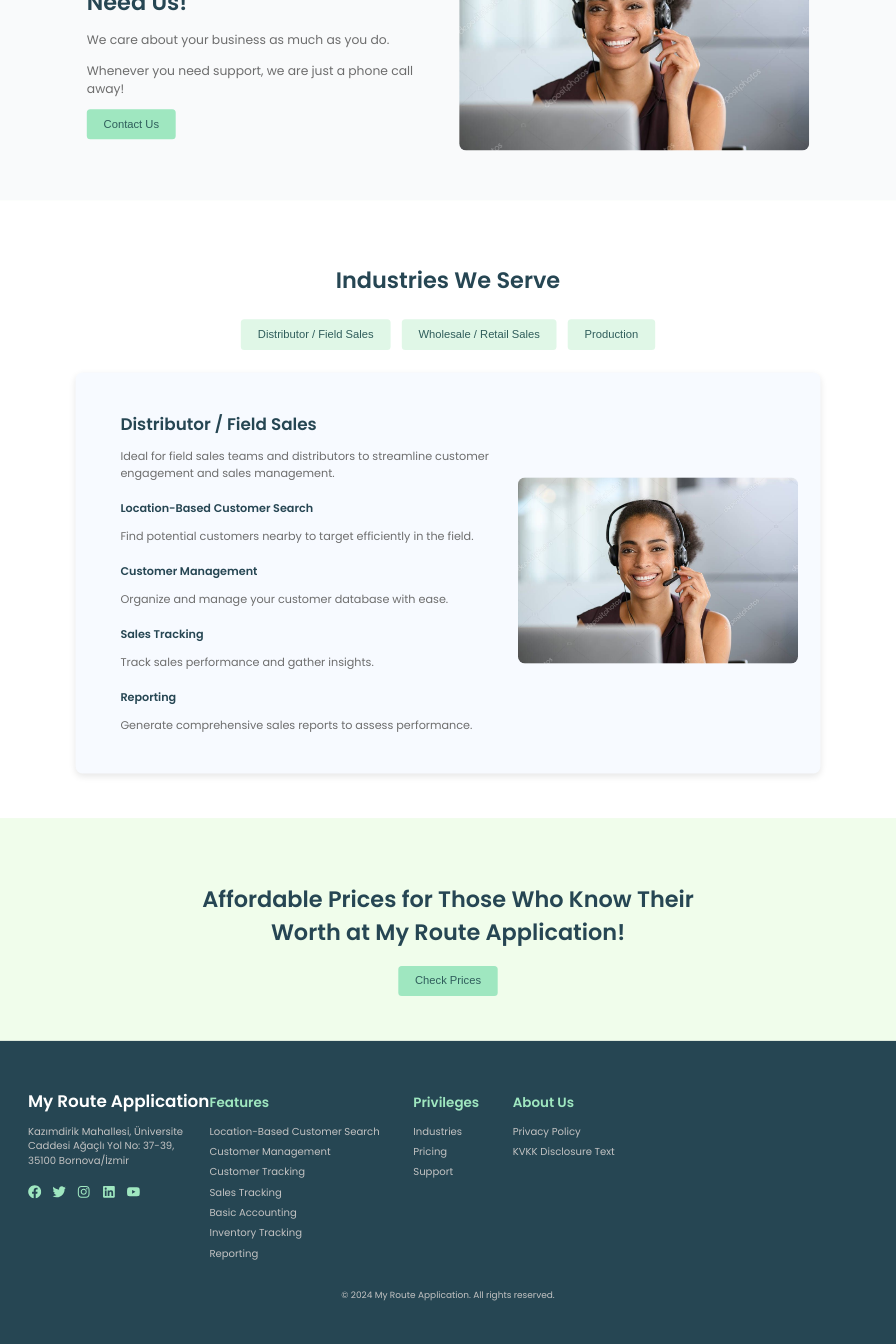
Repository: senolinanyasar/myrouteapplication
Page: /pricing
The author's editor kept a copy of each file at every save. The page is drawn from the files as they stood at one save, then again after the next save.
The browser window is 1280 px wide. The pictures show the part of the page from y = 2360 to 4280 px (the page is 4280 px tall), at 70% of full size.
The project was rebuilt for these pictures with package versions that can differ from the ones it lists, and the page was loaded fresh each time. Also part of the build but not shown: vite.config.js.

Above is the page before, as saved 2024-11-15 17:59:45.

### src/index.css
@import url('https://fonts.googleapis.com/css2?family=Poppins:wght@400;600&display=swap');

body {
  font-family: 'Poppins', sans-serif;
  color: #264653;
  background-color: #f1faee;
  margin: 0;
  padding: 0;
  box-sizing: border-box;
}

code {
  font-family: source-code-pro, Menlo, Monaco, Consolas, 'Courier New',
    monospace;
}

### src/App.js
import React from 'react';
import HomePage from './components/HomePage';

function App() {
  return (
    <div className="App">
      <HomePage/>
    </div>
  );
}

export default App;

### src/components/HomePage.js
// HomePage.js
import React from 'react';
import TopBar from './TopBar';
import Header from './Header';
import HeroSection from './HeroSection';
import FeaturesSection from './FeaturesSection';
import PricingSection from './PricingSection';
import SupportSection from './SupportSection';
import IndustriesTab from './IndustriesTab';
import Footer from './Footer';

const HomePage = () => {
    return (
        <div>
            <TopBar />
            <Header />
            <HeroSection />
            <FeaturesSection />
            <SupportSection />
            <IndustriesTab />
            <PricingSection />
            <Footer />
        </div>
    );
};

export default HomePage;

### src/components/TopBar.js
// TopBar.js
import React from 'react';
import './TopBar.css';

const TopBar = () => {
    return (
        <div className="top-bar">
            <div className="top-bar-content">
                <span>Help</span>
                <span>0232 323 3223</span>
                <a href="#contact">Contact</a>
            </div>
        </div>
    );
};

export default TopBar;

### src/components/Header.js
// Header.js
import React from 'react';
import './Header.css';

const Header = () => {
    return(
        <header className="header">
            <div className="header-logo">logo</div>
            <nav className="header-nav">
                <a href="#features">Features</a>
                <a href="#industries">Industries</a>
                <a href="#pricing">Price</a>
                <a href="#about">About Us</a>
                <a href='#contact'>Contact</a>
            </nav>
            <div className="header-buttons">
                <button className="login-button">Sing in</button>
                <button className="register-button">Sing Up</button>
            </div>
        </header>
    );
};


export default Header;

### src/components/HeroSection.js
// HeroSection.js
import React from 'react';
import './HeroSection.css';
import herosectionimage from '../images/hero1.webp';

const HeroSection = () =>{
    return(
        <section className="hero">
            <div className='hero-content'>
                <div className='hero-text'>
                    <h2>Customer Finding and Account Management Application Coming from the Heart of Commerce</h2>
                    <p>Increase your sales by finding your customers quickly.</p>
                    <button className='cta-button'>Let's Get it</button>
                </div>
                <div className='hero-image'>
                    <img src={herosectionimage} alt="Hero"/>
                </div>
            </div>
        </section>
    );
};

export default HeroSection;

### src/components/FeaturesSection.js
// FeaturesSection.js
import React from 'react';
import './FeaturesSection.css';
import locationImage from '../images/location.jpg';

const FeaturesSection = () => {
    return (
        <section className="features-section">
            <h2 className='features-title'>Everything You Need <br /> in One Application</h2>
            <div className='feature'>
                <div className='feature-text'>
                    <h3>Finding customers is now very easy!</h3>
                    <p>Expand your market by quickly finding customers in the sector you sell to with our location finder plugin</p>

                <button className='cta-button'>Detail</button>
            </div>
            <div className='feature-image'>
            <img src={locationImage} alt="Location Feature" />
            </div>
            </div>

            <div className='feature'>
                <div className='feature-text'>
                    <h3>Finding customers is now very easy!</h3>
                    <p>Expand your market by quickly finding customers in the sector you sell to with our location finder plugin</p>

                <button className='cta-button'>Detail</button>
            </div>
            <div className='feature-image'>
            <img src={locationImage} alt="Location Feature" />
            </div>
            </div>
            <div className='feature'>
                <div className='feature-text'>
                    <h3>Finding customers is now very easy!</h3>
                    <p>Expand your market by quickly finding customers in the sector you sell to with our location finder plugin</p>

                <button className='cta-button'>Detail</button>
            </div>
            <div className='feature-image'>
            <img src={locationImage} alt="Location Feature" />
            </div>
            </div>
            <div className='feature'>
                <div className='feature-text'>
                    <h3>Finding customers is now very easy!</h3>
                    <p>Expand your market by quickly finding customers in the sector you sell to with our location finder plugin</p>

                <button className='cta-button'>Detail</button>
            </div>
            <div className='feature-image'>
            <img src={locationImage} alt="Location Feature" />
            </div>
            </div>
        </section>
    );
};

export default FeaturesSection;

### src/components/PricingSection.js
// PricingSection.js
import React from "react";
import './PricingSection.css';

const PricingSection = () => {
    return (
        <section className="pricin-section">
          <div className="price-content">
          <h2>Affordable Prices for Those Who Know Their Worth at My Route Application!</h2>
          <button className="cta-button">Check Prices</button>
          </div>
      </section>
    );
};

export default PricingSection;

### src/components/SupportSection.js
//SupportSection.js
import React from "react";
import './SupportSection.css';
import supportImage from '../images/supportimage.jpg';


const SupportSection = () =>{
    return (
        <section className="support-section">
            <div className="support-content">
                <div className="support-text">
                <h2>We're Here for You When You Need Us!</h2>
          <p>We care about your business as much as you do.</p>
          <p>Whenever you need support, we are just a phone call away!</p>
          <button className="cta-button">Contact Us</button>
                </div>
                <div className="support-image">
                <img src={supportImage} alt="Support Team" />
                </div>
            </div>
        </section>
    );
};

export default SupportSection;

### src/components/IndustriesTab.js
// IndustriesTab.js
import React, { useState } from "react";
import './IndustriesTab.css';
import distributorImage from '../images/supportimage.jpg'
import wholesaleImage from '../images/supportimage.jpg'
import productionImage from '../images/supportimage.jpg'




const industriesContent = {
    distributorFieldSales: {
        title: "Distributor / Field Sales",
        description: "Ideal for field sales teams and distributors to streamline customer engagement and sales management.",
        image: distributorImage,
        features: [
            { title: "Location-Based Customer Search", text: "Find potential customers nearby to target efficiently in the field." },
            { title: "Customer Management", text: "Organize and manage your customer database with ease." },
            { title: "Sales Tracking", text: "Track sales performance and gather insights." },
            { title: "Reporting", text: "Generate comprehensive sales reports to assess performance." }
        ]
    },
    wholesaleRetail: {
        title: "Wholesale / Retail Sales",
        description: "Designed for wholesale and retail businesses to manage inventory and customer interactions seamlessly.",
        image: wholesaleImage,
        features: [
            { title: "Customer Management", text: "Maintain customer profiles and track interactions." },
            { title: "Inventory Tracking", text: "Keep accurate inventory records and prevent stock issues." },
            { title: "Sales Tracking", text: "Monitor sales across retail and wholesale channels." },
            { title: "Basic Accounting", text: "Manage finances and transactions for better accounting." },
            { title: "Reporting", text: "Generate sales and stock reports to optimize operations." }
        ]

    },
    production: {
        title: "Production",
        description: "Perfect for manufacturing businesses to manage stock and production-related customer needs.",
        image: productionImage,
        features: [
            { title: "Inventory Tracking", text: "Track raw materials and finished goods efficiently." },
            { title: "Customer Management", text: "Organize customer details for efficient order processing." },
            { title: "Basic Accounting", text: "Handle finances and basic bookkeeping." },
            { title: "Reporting", text: "Generate production and sales reports for operational insights." }
        ]
    }
};


const IndustriesTab = () => {
    const [activeTab, setActiveTab] = useState("distributorFieldSales");
    const handleTabChange = (tab) => {
        setActiveTab(tab);
    };

    const { title, description, image, features } = industriesContent[activeTab];
    return (
        <section className="industries-tab">
            <h2 className="tabs-title">Industries We Serve</h2>
            <div className="tabs-buttons">
                <button onClick={() => handleTabChange("distributorFieldSales")}>Distributor / Field Sales</button>
                <button onClick={() => handleTabChange("wholesaleRetail")}>Wholesale / Retail Sales</button>
                <button onClick={() => handleTabChange("production")}>Production</button>
            </div>
            <div className="tabs-content">
                <div className="tabs-text">
                    <h3>{title}</h3>
                    <p>{description}</p>
                    {features.map((feature,index)=> (
                        <div key={index} className="tabs-feature">
                            <strong>{feature.title}</strong>
                            <p>{feature.text}</p>
                            </div>
                    ))}
                </div>
                <div className="tabs-image">
                    <img src={image} alt={title}/>
                </div>
            </div>
        </section>
    );
};

export default IndustriesTab;

### src/components/Footer.js
// Footer.js

import React from 'react';
import './Footer.css';
import { FaFacebook, FaInstagram, FaLinkedin, FaTwitter, FaYoutube } from 'react-icons/fa';

const Footer = () => {
    return (
        <footer className="footer">
            <div className='footer-content'>
                <div className='footer-left'>
                    <div className='footer-logo'>
                        <h2>My Route Application</h2>
                    </div>
                    <p>Kazımdirik Mahallesi, Üniversite <br />Caddesi Ağaçlı Yol No: 37-39, <br />35100 Bornova/İzmir</p>
                    <div className='social-icons'>
                        <FaFacebook />
                        <FaTwitter />
                        <FaInstagram />
                        <FaLinkedin />
                        <FaYoutube />
                    </div>
                </div>
                <br/><br/><br/><br/><br/>
                <div className="footer-right">
                    <div className='footer-section'>
                        <h4>Features</h4>
                        <ul>
                            <li>Location-Based Customer Search</li>
                            <li>Customer Management</li>
                            <li>Customer Tracking</li>
                            <li>Sales Tracking</li>
                            <li>Basic Accounting</li>
                            <li>Inventory Tracking</li>
                            <li>Reporting</li>
                        </ul>
                    </div>

                    <div className="footer-section">
                        <h4>Privileges</h4>
                        <ul>
                            <li>Industries</li>
                            <li>Pricing</li>
                            <li>Support</li>
                        </ul>
                    </div>

                    <div className="footer-section">
                        <h4>About Us</h4>
                        <ul>
                            <li>Privacy Policy</li>
                            <li>KVKK Disclosure Text</li>
                        </ul>
                    </div>
                </div>
            </div>

            <div className="footer-bottom">
                <p>&copy; 2024 My Route Application. All rights reserved.</p>
            </div>
        </footer>
    );
};

export default Footer;

### src/components/TopBar.css
/* TopBar.css */

.top-bar {
    background-color: #2f5d5b;
    color: white;
    padding: 0.5rem;
    font-size: 0.9rem;
    display: flex;
    justify-content: center;
    position: fixed;
    top: 0;
    width: 99%;
    z-index: 1000;
}
.top-bar-content {
    display: flex;
    gap: 1rem;
    align-items: center;
    justify-content: flex-end;
    width: 100%;
}

.top-bar-content span{
    color: #ffffff;
}
.top-bar-content a{
    color: #9fe7c0;
    text-decoration: none;
    transition: color 0.3s;
}

.top-bar-content a:hover{
    color: #c3f2d0;
}

### src/components/Header.css
/* Header.css */
.header{
    display: flex;
    justify-content: space-between;
    align-items: center;
    padding: 1rem 2rem;
    background-color: #2f5d5b;
    color: white;
    margin-top: 2rem;
    position: sticky;
    top: 2rem;
    z-index: 999;
}


.header-logo {
    font-size: 1.5rem;
    font-weight: bold;
}
.header-nav a{
    margin: 0 1rem;
    color: white;
    text-decoration: none;
}
.header-nav a:hover {
    color: #e9c46a;
  }

.header-buttons button{
    margin-left: 1rem;
    padding: 0.5rem 1rem;
    border: none;
    border-radius: 5px;
}

.login-button{
    background-color: #2f5d5b;
    color: white;
}

.register-button{
    background-color: #9fe7c0;
    color: black;
}

### src/components/HeroSection.css
.hero {
    padding: 4rem 2rem;
    background-color: #2f5d5b;
    color: white;

}

.hero-content {
    display: flex;
    align-items: center;
    justify-content: space-between;
    max-width: 1000px;
    margin: 0 auto;
}

.hero-text {
    flex: 1;
    margin-right: 2rem;
}

.hero h2 {
    font-size: 2.5rem;
    margin-bottom: 1rem;

}

.hero p {
    font-size: 1.2rem;
    margin-bottom: 2rem;

}

.cta-button {
    padding: 0.8rem 1.5rem;
    font-size: 1rem;
    color: #2f5d5b;
    background-color: #9fe7c0;
    border: none;
    border-radius: 5px;
    cursor: pointer;
    transition: background-color 0.3s ease;
}

.cta-button:hover {
    background-color: #c3f2d0;
}

.hero-image {
    flex: 1;
    max-width: 500px;
    height: auto;

}

.hero-image img {
    width: 100%;
    height: auto;
    object-fit: cover;
    border-radius: 10px;
}

### src/components/FeaturesSection.css
/* FeaturesSection.css */
.features-section {
    padding: 4rem 2rem;
    text-align: center;
}

.features-title {
    font-size: 2rem;
    font-weight: 600;
    color: #264653;
    margin-bottom: 3rem;
    line-height: 1.2;
}



.feature {
    display: flex;
    align-items: center;
    justify-content: center;
    gap: 2rem;
    margin-bottom: 4rem;
    flex-direction: row;
}

.feature:nth-child(even) {
    flex-direction: row-reverse;
}

.feature-text {
    flex: 1;
    max-width: 500px;
    text-align: left;
}

.features h3 {
    font-size: 1.8rem;
    font-weight: 600;
    color: #264653;
    margin-bottom: 1rem;
}

.feature-text p {
    font-size: 1.1rem;
    color: #6d6d6d;
    margin-bottom: 1.5rem;
}

.cta-button {
    padding: 0.8rem 1.5rem;
    font-size: 1rem;
    color: #2f5d5b;
    background-color: #9fe7c0;
    border: none;
    border-radius: 5px;
    cursor: pointer;
    transition: background-color 0.3s ease;
    text-align: center;
}

.cta-button:hover {
    background-color: #c3f2d0;
}

.feature-image {
    flex: 1;
    max-width: 400px;
    height: auto;
}

.feature-image img {
    width: 100%;
    height: auto;
    object-fit: cover;
    border-radius: 10px;
}

### src/components/PricingSection.css
/* PricingSection.css */

.pricin-section{
    background-color: #f0fdeb;
    padding: 4rem 2rem;
    text-align: center;
}
.price-content{
    max-width: 800px;
    margin:  0 auto;
}

.price-content h2{
    font-size: 2rem;
    font-weight: 600;
    color: #264653;
    margin-bottom: 1.5rem;
}

.cta-button {
    padding: 0.8rem 1.5rem;
    font-size: 1rem;
    color: #2f5d5b;
    background-color: #9fe7c0;
    border: none;
    border-radius: 5px;
    cursor: pointer;
    transition: background-color 0.3s ease;
  }

  .cta-button:hover {
    background-color: #c3f2d0;
  }

### src/components/SupportSection.css
/*SupportSection.css */
.support-section{
    background-color: #f9fafb;
    padding: 4rem 2rem;
    display: flex;
    justify-content: center;
    align-items: center;
}

.support-content{
    display: flex;
    align-items: center;
    justify-content: space-between;
    max-width: 1200px;
    gap: 2rem;
}

.support-text{
    flex: 1;
    max-width: 500px;
    text-align: left;
}
.support-text h2{
    font-size: 2rem;
    color: #264653;
    margin-bottom: 1rem;
}

.support-text p {
    font-size: 1.1rem;
    color: #6d6d6d;
    margin-bottom: 1rem;
  }

  .cta-button {
    padding: 0.8rem 1.5rem;
    font-size: 1rem;
    color: #2f5d5b;
    background-color: #9fe7c0;
    border: none;
    border-radius: 5px;
    cursor: pointer;
    transition: background-color 0.3s ease;
  }

  .cta-button:hover {
    background-color: #c3f2d0;
  }

  .support-image {
    flex: 1;
    max-width: 500px;
  }

  .support-image img {
    width: 100%;
    height: auto;
    object-fit: cover;
    border-radius: 10px;
  }

### src/components/IndustriesTab.css
/*IndustriesTab */

.industries-tab{
    background-color: #ffffff;
    padding: 4rem 2rem;
    text-align: center;
}

.tabs-title{
    font-size: 2rem;
    font-weight: 600;
    color: #264653;
    margin-bottom: 2rem;
}

.tabs-buttons{
    display: flex;
    justify-content: center;
    gap: 1rem;
    margin-bottom: 2rem;
}

.tabs-buttons button{
    padding: 0.8rem 1.5rem;
    font-size: 1rem;
    color: #2f5d5b;
    background-color: #e0f7e7;
    border: none;
    border-radius: 5px;
    cursor: pointer;
    transition: background-color 0.3s ease;
}

.tabs-buttons button:hover,
.tabs-buttons button:focus{
    background-color: #9fe7c0;
}

.tabs-content{
    display: flex;
    justify-content: space-around;
    align-items: center;
    background-color: #f7faff;
    padding: 2rem;
    border-radius: 10px;
    box-shadow: 0 4px 10px rgba(0, 0, 0, 0.1);
    max-width: 1000px;
    margin:  0 auto;
}

.tabs-text {
    flex: 1;
    text-align: left;
    padding-left: 2rem;
}

.tabs-text h3 {
    font-size: 1.5rem;
    color: #264653;
    margin-bottom: 1rem;
}
.tabs-text p {
    color: #6d6d6d;
    margin-bottom: 1.5rem;
}

.tabs-feature{
    margin-bottom: 1rem;
}

.tabs-feature strong {
    display: block;
    color: #264653;
    margin-bottom: 0.3rem;
}

.tabs-image{
    flex: 1;
    max-width: 400px;
}

.tabs-image img{
    width: 100%;
    height: auto;
    border-radius: 10px;
    object-fit: cover;
}

### src/components/Footer.css
/* Footer.css */

.footer {
    background-color: #264653;
    color: #ffffff;
    padding: 3rem 2rem;
}
.footer-content{
    display: flex;
    max-width: 1200px;
    justify-content: space-around;
    margin: 0 auto;
}

.footerleft{
    flex: 1;
    max-width: 300px;
}

.footer-logo h2{
    font-size: 1.5rem;
    color: #ffffff;
    margin-bottom: 1rem;
}


.footer-left p{
    color: #c3c3c3;
    font-size: 0.9rem;
    margin-bottom: 1.5rem;
}

.social-icons{
    display: flex;
    gap: 1rem;
    font-size: 1.2rem;
}


.social-icons svg{
    color: #9fe7c0;
    cursor: pointer;
    transition: color 0.3s ease;
}
.social-icons svg:hover {
    color: #c3f2d0;
}

.footer-right{
    display: flex;
    gap: 3rem;
    flex: 2;
}

.footer-section{
    text-align: left;
}
.footer-section h4{
    font-size: 1.2rem;
    color: #9fe7c0;
    margin-bottom: 1rem;
}
.footer-section ul{
    list-style: none;
    padding: 0;
    margin: 0;
}

.footer-section ul li{
    font-size: 0.9rem;
    margin-bottom: 0.5rem;
    color: #c3c3c3;
    cursor: pointer;
    transition: color 0.3s ease;
}

.footer-sectionul li:hover{
    color: #ffffff;
}

.footer-bottom{
    text-align: center;
    font-size: 0.8rem;
    color: #c3c3c3;
    margin-top: 2rem;
}

Loaded but not shown: public/index.html (common file); src/index.js (common file); src/reportWebVitals.js (common file)

After the next save:
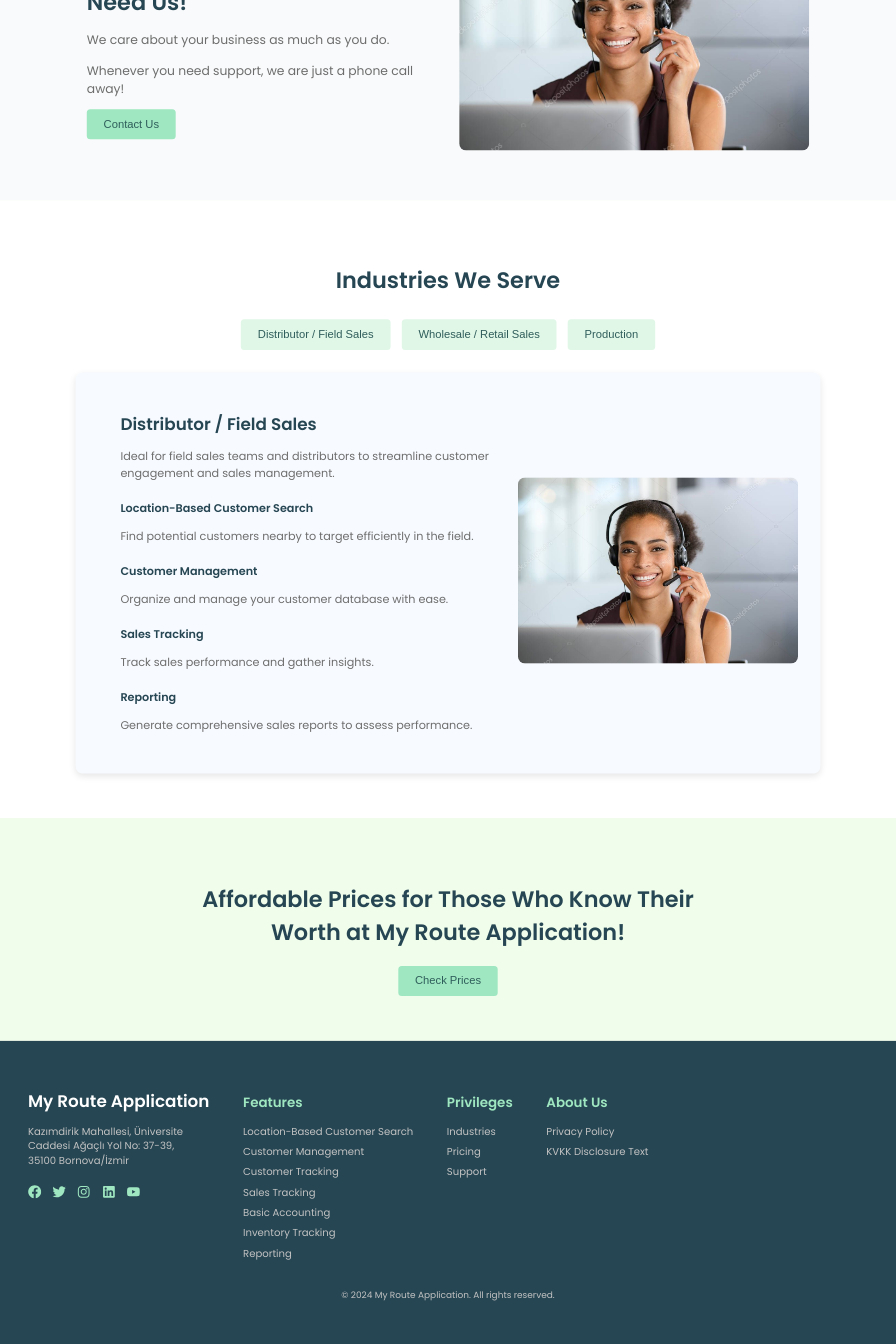
Saved 9 s later.
--- a/src/components/Footer.js
+++ b/src/components/Footer.js
@@ -21,8 +21,9 @@
                         <FaYoutube />
                     </div>
                 </div>
+
+                <div className="footer-right">
                 <br/><br/><br/><br/><br/>
-                <div className="footer-right">
                     <div className='footer-section'>
                         <h4>Features</h4>
                         <ul>
